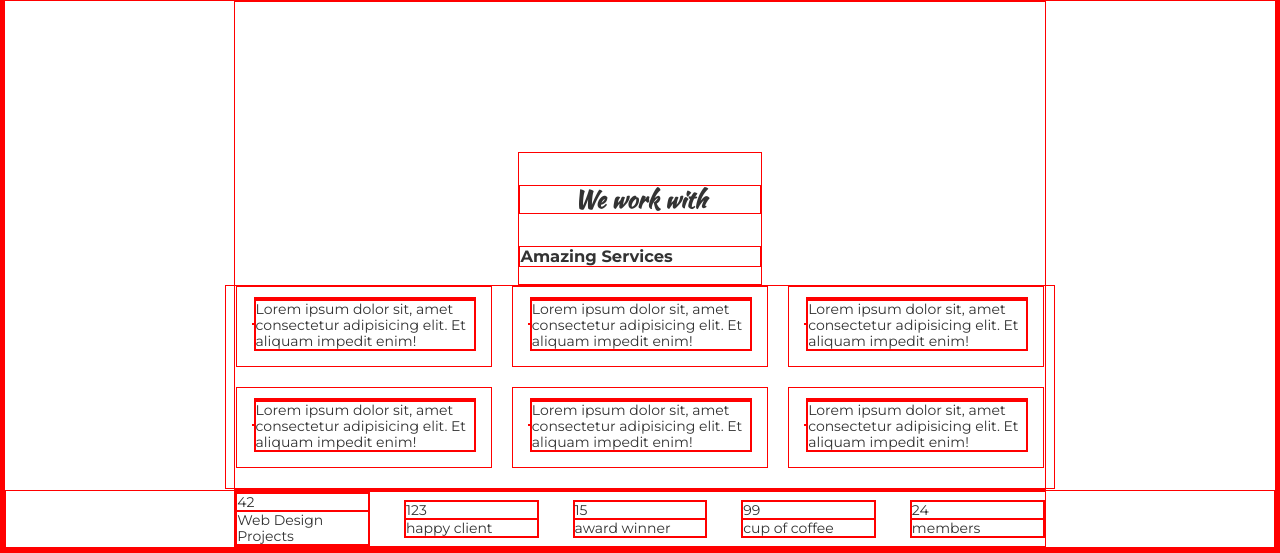
Repository: nataliiasaltan/Homework
Page: index.html
The author's editor kept a copy of each file at every save. The page is drawn from the files as they stood at one save, then again after the next save.
The browser window is 1280 px wide. The pictures show the part of the page from y = 901 to 1518 px (the page is 1454 px tall before and 1518 px after).

Above is the page before, as saved 2020-02-27 10:21:18.

### index.html
<!DOCTYPE html>
<html lang="en">
    <head>
        <meta charset="UTF-8">
        <meta name="viewport" content="width=device-width, initial-scale=1.0">
        <link rel="stylesheet"
            href="https://necolas.github.io/normalize.css/8.0.1/normalize.css">
        <link
            href="https://fonts.googleapis.com/css?family=Kaushan+Script|Montserrat:400,700|Roboto:400,400i&display=swap"
            rel="stylesheet">
        <link rel="stylesheet" href="css/icomoon.css">
        <link rel="stylesheet" href="css/style.css">
        <title>Mogo</title>
    </head>
    <body>
        <div class="wrapper">
            <header class="header">
                <div class="container">
                    <div class="header__wrapper">
                        <strong class="logo"><a href="home.html" alt="MoGo"></a>MoGo</strong>
                        <div class="header__inner">
                            <nav class="nav">
                                <ul class="nav-list">
                                    <li><a href="#">About</a></li>
                                    <li><a href="#">service</a></li>
                                    <li><a href="#">work</a></li>
                                    <li><a href="#">blog</a></li>
                                    <li><a href="#">contact</a></li>
                                </ul>
                            </nav>
                            <div class="booking">
                                <a href="#"> <i class="icon-shopping-cart"></i></a>
                                <a href="#"> <i class="icon-search"></i></a>
                            </div>
                        </div>
                    </div>
                </div>
            </header>
            <main>
                <section class="about" style="background-image:
                    url(images/Layer_15.png);">
                    <div class="about__container">
                        <div class="about__inner">
                            <div class="creative">Creative Template</div>
                            <div class="about__title">Welcome <br> to MoGo</div>
                        </div>
                        <div class="holder-btn">
                            <a class="about__btn" href="#">Learn more</a>

                        </div>
                    </div>
                </section>
                <section class="service">
                    <div class="container">
                        <div class="title-holder">
                            <h4>We work with</h4>
                            <h3>Amazing Services</h3>
                        </div>
                        <div class="development__wrapper">
                            <div class="development">
                                <i class="icon-service"></i>
                                <div class="development__inner">
                                    <div class="name"></div>
                                    <div class="description">Lorem ipsum dolor
                                        sit,
                                        amet
                                        consectetur adipisicing elit. Et aliquam
                                        impedit
                                        enim!</div>
                                </div>
                            </div>
                            <div class="development">
                                <i class="icon-service"></i>
                                <div class="development__inner">
                                    <div class="name"></div>
                                    <div class="description">Lorem ipsum dolor
                                        sit,
                                        amet
                                        consectetur adipisicing elit. Et aliquam
                                        impedit
                                        enim!</div>
                                </div>
                            </div>
                            <div class="development">
                                <i class="icon-service"></i>
                                <div class="development____inner">
                                    <div class="name"></div>
                                    <div class="description">Lorem ipsum dolor
                                        sit,
                                        amet
                                        consectetur adipisicing elit. Et aliquam
                                        impedit
                                        enim!</div>
                                </div>
                            </div>
                            <div class="development">
                                <i class="icon-service"></i>
                                <div class="development__inner">
                                    <div class="name"></div>
                                    <div class="description">Lorem ipsum dolor
                                        sit,
                                        amet
                                        consectetur adipisicing elit. Et aliquam
                                        impedit
                                        enim!</div>
                                </div>
                            </div>
                            <div class="development">
                                <i class="icon-service"></i>
                                <div class="development__inner">
                                    <div class="name"></div>
                                    <div class="description">Lorem ipsum dolor
                                        sit,
                                        amet
                                        consectetur adipisicing elit. Et aliquam
                                        impedit
                                        enim!</div>
                                </div>
                            </div>
                            <div class="development">
                                <i class="icon-service"></i>
                                <div class="development__inner">
                                    <div class="name"></div>
                                    <div class="description">Lorem ipsum dolor
                                        sit,
                                        amet
                                        consectetur adipisicing elit. Et aliquam
                                        impedit
                                        enim!</div>
                                </div>
                            </div>
                        </div>
                    </div>

                    <div class="result">
                        <div class="result__container">
                            <div class="result__inner">
                                <div class="namber">42</div>
                                <div class="signature">Web Design Projects</div>
                            </div>
                            <div class="result__inner">
                                <div class="namber">123</div>
                                <div class="signature">happy client</div>
                            </div>
                            <div class="result__inner">
                                <div class="namber">15</div>
                                <div class="signature">award winner</div>
                            </div>
                            <div class="result__inner">
                                <div class="namber">99</div>
                                <div class="signature">cup of coffee</div>
                            </div>
                            <div class="result__inner">
                                <div class="namber">24</div>
                                <div class="signature">members</div>
                            </div>
                        </div>
                    </div>
                </section>
            </main>
        </div>

    </body>
</html>

### css/icomoon.css
@font-face {
  font-family: 'icomoon';
  src:  url('../fonts/icomoon.eot?p5lq4w');
  src:  url('../fonts/icomoon.eot?p5lq4w#iefix') format('embedded-opentype'),
    url('../fonts/icomoon.ttf?p5lq4w') format('truetype'),
    url('../fonts/icomoon.woff?p5lq4w') format('woff'),
    url('../fonts/icomoon.svg?p5lq4w#icomoon') format('svg');
  font-weight: normal;
  font-style: normal;
  font-display: block;
}

[class^="icon-"], [class*=" icon-"] {
  /* use !important to prevent issues with browser extensions that change fonts */
  font-family: 'icomoon' !important;
  speak: none;
  font-style: normal;
  font-weight: normal;
  font-variant: normal;
  text-transform: none;
  line-height: 1;

  /* Better Font Rendering =========== */
  -webkit-font-smoothing: antialiased;
  -moz-osx-font-smoothing: grayscale;
}

.icon-search:before {
  content: "\f002";
}
.icon-align-justify:before {
  content: "\f039";
}
.icon-eye:before {
  content: "\f06e";
}
.icon-shopping-cart:before {
  content: "\f07a";
}
.icon-twitter:before {
  content: "\f099";
}
.icon-facebook:before {
  content: "\f09a";
}
.icon-facebook-f:before {
  content: "\f09a";
}
.icon-google-plus:before {
  content: "\f0d5";
}
.icon-youtube-play:before {
  content: "\f16a";
}
.icon-instagram:before {
  content: "\f16d";
}
.icon-tumblr:before {
  content: "\f173";
}
.icon-dribbble:before {
  content: "\f17d";
}
.icon-file-image-o:before {
  content: "\f1c5";
}
.icon-file-photo-o:before {
  content: "\f1c5";
}
.icon-file-picture-o:before {
  content: "\f1c5";
}
.icon-copyright:before {
  content: "\f1f9";
}
.icon-pinterest-p:before {
  content: "\f231";
}
.icon-commenting:before {
  content: "\f27a";
}

### css/style.css
*,
::after,
::before{
    box-sizing: border-box;
    border: 1px solid red;
}

body{
    font-family: 'Montserrat', sans-serif;
    font-size: 14px;
    font-weight: 400;
    color: #333333;
    margin: 0;
}

img{
    display: inline-block;
    max-width: 100%;
    vertical-align: top;
}

a{
    text-decoration: none;
    display: inline;
    cursor: pointer;
}

p{
    margin: 0;
}

header{
    position: absolute;
    z-index: 10;
    left: 0;
    right: 0;
    top: 0;
    bottom: 0;
}


.container{
    max-width: 64%;
    margin: 0 auto;
}

.header__wrapper{
    margin-top: 30px;
}

.header__wrapper{
    display: flex;
    justify-content: space-between;
    text-align: center;
}

.header__inner{
    display: flex;
    justify-content: space-between;
}

.logo{
    align-self: center;
    font-size: 30px;
    font-weight: 700;
    color: #ffffff;
    cursor: pointer;
}

.nav-list{
    display: flex;
    justify-content: center;
    align-items: center;
    list-style: none;
    padding: 0;
}

.nav-list a{
   color: #ffffff;
   padding: 12px 25px;
   border-bottom: 1px solid transparent;
   text-transform: uppercase;
}

.nav-list a:hover{
    color: #fce38a;
    border-bottom: 1px solid #fce38a;
}

.booking{
    align-self: center;
}

.icon-shopping-cart,
.icon-search{
    padding: 0 20px;
    color: #ffffff;
}

.about{
    position: relative;
    min-height: 100vh;
    background-size: cover;
    background-position: center;
    width: 100%;
    padding: 170px 0;
    display: flex;
    justify-content: space-between;
}

.about:after{
    position: absolute;
    content: "";
    top: 0;
    left: 0;
    bottom: 0;
    right: 0;
    /* background: linear-gradient(to top, rgba(252, 227, 138, 0.9)0%, rgba(243, 129, 129, 0.9) 100%); */
}

.about__container{
    min-width: 43%;
    margin: 0 auto;
    padding-bottom: 25px;
}

.about__inner{
    margin-bottom: 100px;
    position: relative;
}

.about__inner::after{
    position: absolute;
    content: "";
    width: 100%;
    max-width: 60px;
    height: 3px;
    background-color: #fff;
    top: 110%;
    left: 47%;
}
.creative{
    color: #ffffff;
    font-family: "Kaushan Script";
    font-size: 72px;
    text-align: center;
    margin-bottom: 42px;
}

.about__title{
    color: #ffffff;
    font-size: 150px;
    font-weight: 700;
    line-height: 0.93;
    text-transform: uppercase;
    text-align: center;
}

.holder-btn{
    max-width: 20%;
    margin: 0 auto;
}

.about__btn{
    color: #ffffff;
    font-weight: 700;
    text-transform: uppercase;
    padding: 15px 32px;
    border: 1px solid #ffffff;
    cursor: pointer;
}

.title-holder{
    max-width: 30%;
    margin: 150px auto 0;
    position: relative;
}

.title-holder::after{
    position: absolute;
    content: "";
    width: 100%;
    max-width: 60px;
    height: 3px;
    color: red;

}

.development__wrapper{
    display: flex;
    flex-wrap: wrap;
    justify-content: space-between;
    align-items: center;
    margin: 0 -10px;
}

.development{
    margin: 0 10px 20px;
	width: calc(33.333% - 20px);
    padding: 10px 15px 15px;
    display: flex;
    align-items: center;
}

.result__container{
    max-width: 64%;
    margin: 0 auto;
    display: flex;
    justify-content: space-between;
    align-items: center;
}

.result__inner{
    max-width: 16.66%;
    width: 100%;
}

h4{
    font-family: "Kaushan Script";
    font-size: 24px;
    text-align: center;
}

h3{

}

After the next save:
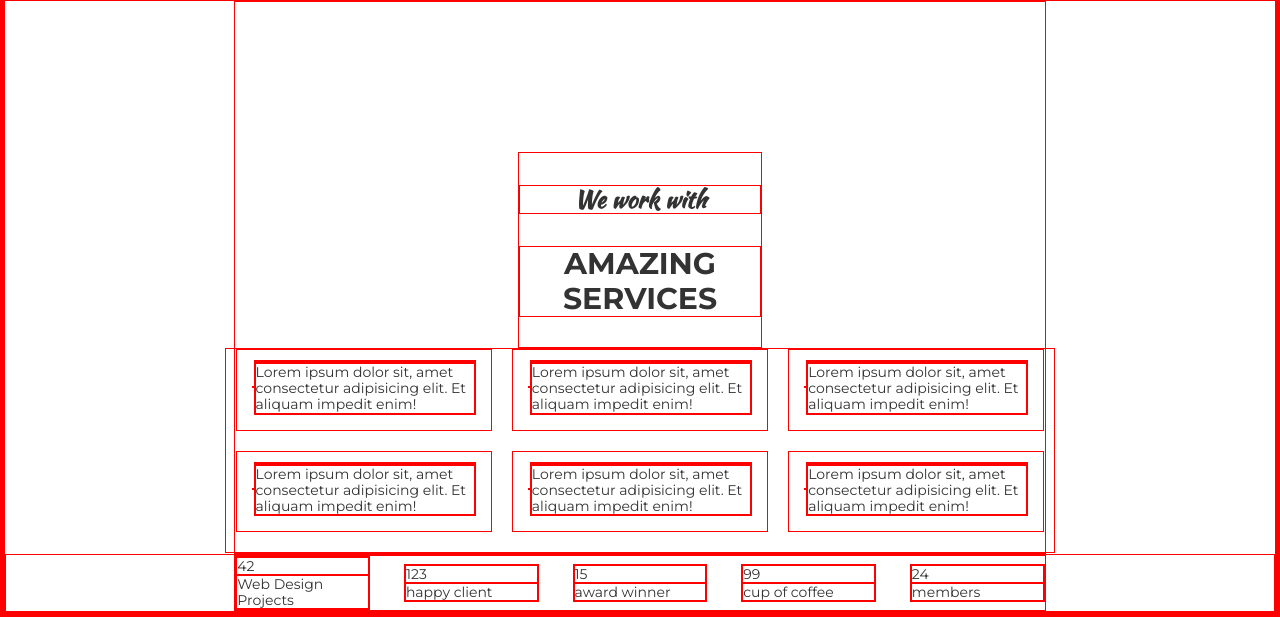
Saved 58 s later.
--- a/css/style.css
+++ b/css/style.css
@@ -222,5 +222,8 @@ h4{
 }
 
 h3{
-
-}
+    font-size: 30px;
+    font-weight: 700;
+    text-transform: uppercase;
+    text-align: center;
+}
